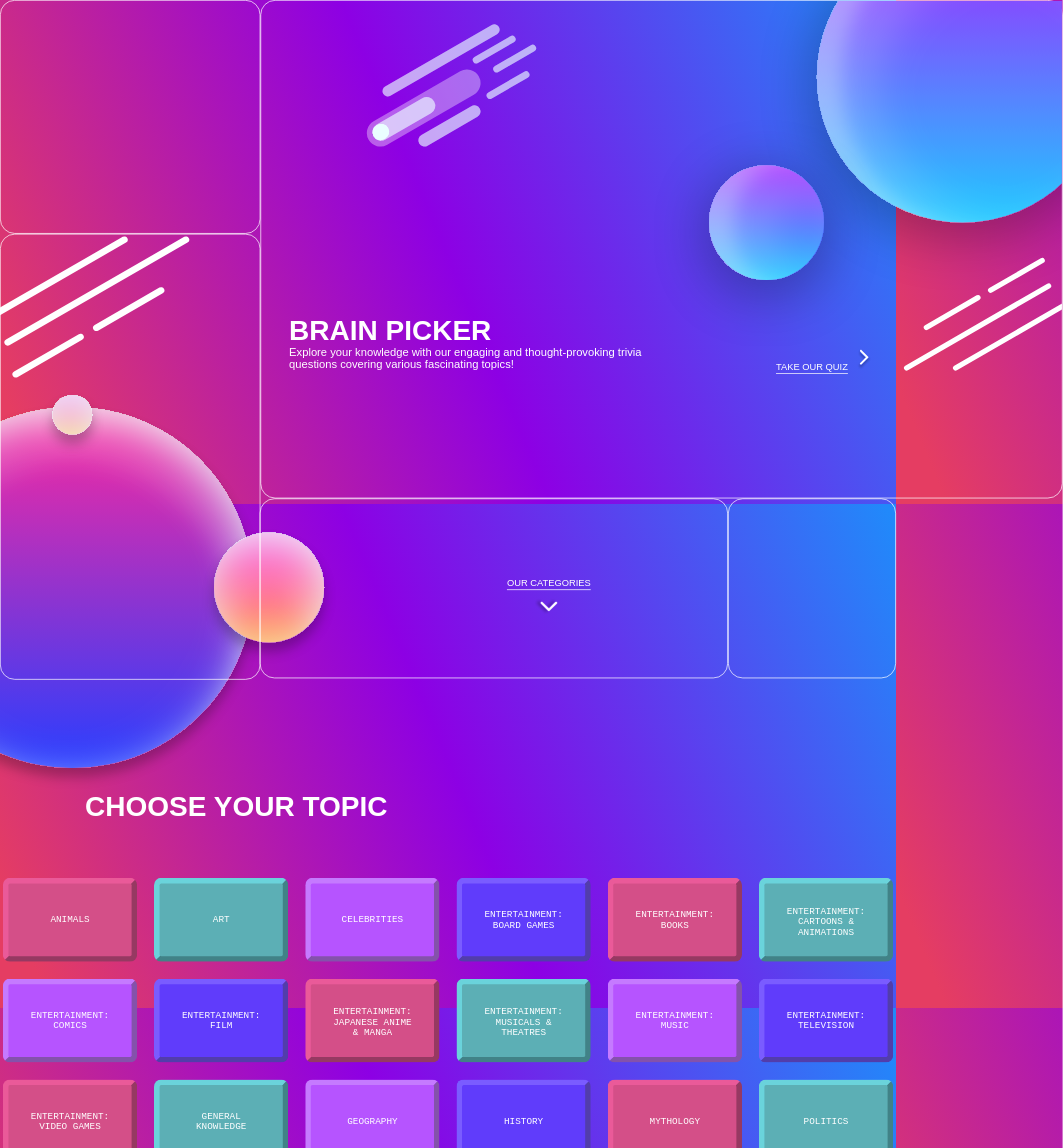
Repository: pjiang604/COMP-2170_Final-Project
Page: index.html
These files come from the project's save history. The page is drawn as it stood at one moment and after the next save; the edit follows.
The browser window is 1280 px wide. The page is 1518 px wide, so the pictures cover 1518 px, including what lies to the right of the window. The pictures show the part of the page from y = 0 to 1640 px (the page is 2800 px tall before and 2000 px after), at 70% of full size.
Backgrounds fixed to the window are drawn as part of the page.

Above is the page before, as saved 2023-04-30 13:36:04.

### index.html
<!DOCTYPE html>
<html lang="en">
  <head>
    <meta charset="UTF-8">
    <meta http-equiv="X-UA-Compatible" content="IE=edge">
    <meta name="viewport" content="width=device-width, initial-scale=1.0">
    <link rel="stylesheet" href="style.css">
    <title> Brain Picker </title>
    <script src="/easy.js"></script>
    <script src="/medium.js"></script>
    <script src="/hard.js"></script>
  </head>
  <body>
    <div class="container">
      <div class="graphic__left">
        <img class="bottom__left_sphere" src="/Assets/bg_graphics/bottom_left_sphere_group.svg" alt="">
        <img class="left__shooting_star" src="/Assets/bg_graphics/shooting_star_left.svg" alt="">
      </div>
      <div class="left__containers">
        <div class="left__container_top"></div>
        <div class="left__container_bottom"></div>
      </div>
      <div class="quiz__container">
        <div class="left__content">
          <h1> BRAIN PICKER </h1>
          <p> Explore your knowledge with our engaging and thought-provoking trivia questions covering various fascinating topics! </p>
        </div>
        <div class="right__content">
          <div class="graphics">
            <img class="shooting__star_top" src="/Assets/bg_graphics/shooting_star_alt.svg" alt="">
            <img class="top__right_sphere" src="/Assets/bg_graphics/top_right_sphere_group.svg" alt="">
            <img class="star__right" src="/Assets/bg_graphics/shooting_star_right.svg" alt="">
          </div>
          <div class="quiz__button">
            <a href="#">
              <button class="take__quiz_button"> TAKE OUR QUIZ </button>
              <img class="quiz__arrow" src="/Assets/buttons/arrow-head.svg" alt="">
            </a>
          </div>
        </div>
      </div>
    </div>
    <div class="bottom__containers">
      <div class="bottom__container_left">
        <a href="#">
          <button class="categories__button"> OUR CATEGORIES </button>
        </a>
        <img class="categories__arrow" src="/Assets/buttons/arrow-head.svg" alt="" width="30px">
      </div>
      <div class="bottom__container_right"></div>
    </div>

    <div class="categories__section">
      <h1 class="topics_header">CHOOSE YOUR TOPIC</h1>

      <div class="categories_container">
        <button class='topic_button1' id="animals">animals</button>
        <button class='topic_button2' id="art">art</button>
        <button class='topic_button3' id="celebrities">celebrities</button>
        <button class='topic_button4' id="board_games">entertainment: board games</button>
        <button class='topic_button1' id="books">entertainment: books</button>
        <button class='topic_button2' id="cartoons_animations">entertainment: cartoons & animations</button>
        <button class='topic_button3' id="comics">entertainment: comics</button>
        <button class='topic_button4' id="film">entertainment: film</button>
        <button class='topic_button1' id="japanese_anime">entertainment: japanese anime & manga</button>
        <button class='topic_button2' id="musicals_theatre">entertainment: musicals & theatres</button>
        <button class='topic_button3' id="music">entertainment: music</button>
        <button class='topic_button4' id="television">entertainment: television</button>
        <button class='topic_button1' id="video_games">entertainment: video games</button>
        <button class='topic_button2' id="general_knwoledge">general knowledge</button>
        <button class='topic_button3' id="geography">geography</button>
        <button class='topic_button4' id="history">history</button>
        <button class='topic_button1' id="mythology">mythology</button>
        <button class='topic_button2' id="politics">politics</button>
        <button class='topic_button3' id="science_nature">science & nature</button>
        <button class='topic_button4' id="computers">science: computers</button>
        <button class='topic_button1' id="gadgets">science: gadgets </button>
        <button class='topic_button2' id="mathematics">science: mathematics</button>
        <button class='topic_button3' id="sports">sports</button>
        <button class='topic_button4' id="vehicles">vehicles</button>
      </div>
      <div class="graphics_bottom">
        <img class="shooting__star_top" src="/Assets/bg_graphics/shooting_star_alt.svg" alt="">
        <img class="bottom_right_sphere" src="/Assets/bg_graphics/bottom_right_sphere_group.svg" alt="">
        <img class="star__right" src="/Assets/bg_graphics/shooting_star_right.svg" alt="">
      </div>
    </div>

  </body>
</html>

### style.css
:root {
	--primary-font: Arial, Helvetica, sans-serif;
	--secondary-font: 'Courier New', Courier, monospace;
	--font-weight-general: normal;
	--font-weight-light: 100;
	--font-weight-bold: bold;
	--font-size-body: 12pt;
	--font-size-heading: 30pt;
	--font-size-sub-heading: 22pt;

	--white: #fff;
	--black: #000000;
	--crimson: #d44f88;
	--crimson-2:#ea5a99;
	--teal:#5CAFB5;
	--teal-2:#6ad3db;
	--indigo:#603CFB;
	--indigo-2:#7a5cff;
	--purple: #B654FF;
	--purple-2:#c57aff;
}

h1 {
	font-size: var(--font-size-heading);
	font-weight: var(--font-weight-bold);
	font-family: var(--primary-font);
}

h2 {
	font-size: var(--font-size-sub-heading);
	font-weight: var(--font-weight-bold);
	font-family: var(--primary-font);
}

p {
	font-size: var(--font-size-body);
	font-weight: var(--font-weight-general);
	font-family: var(--primary-font);
}

* {
	margin: 0;
}

body {
	/* Linear gradient bg */
	background: linear-gradient(247.38deg, #2189FA 0.96%, #8D00E4 50.19%, #E53D62 95.42%);
	min-height: 2000px;
	background-attachment: fixed;
	background-position: center;
	background-repeat: no-repeat;
	background-size: cover;
	max-width: 100%;
}

/**Main container**/
.container {
	display: flex;
}

.bottom__left_sphere {
	position: absolute;
	width: 30rem;
	top: 35rem;
	z-index: -1;
}

.left__shooting_star {
	width: 17rem;
	position: absolute;
	top: 21rem;
}

/**Left containers**/
.left__container_top {
	box-sizing: border-box;
	display: flex;
	width: 372px;
	height: 334px;
	border: 0.25px solid #FFFFFF;
	border-radius: 21px;
}

.left__container_bottom {
	box-sizing: border-box;
	display: flex;
	width: 372px;
	height: 637px;
	border: 0.25px solid #FFFFFF;
	border-radius: 21px;
}

/**Bottom containers**/
.bottom__containers {
	display: flex;
	margin-top: -16.2rem;
	/* justify-content: end; */
	padding-left: 23.2rem;
}

.bottom__container_left {
	box-sizing: border-box;
	display: flex;
	width: 52.8rem;
	height: 257px;
	border: 0.25px solid #FFFFFF;
	border-radius: 21px;
}

.bottom__container_right {
	box-sizing: border-box;
	display: flex;
	width: 303px;
	height: 257px;
	border: 0.25px solid #FFFFFF;
	border-radius: 21px;
}

/**Quiz Section**/
.quiz__container {
	box-sizing: border-box;
	display: flex;
	width: 71.6rem;
	height: 44.5rem;
	border: 0.15px solid #FFFFFF;
	border-radius: 21px;
}

.shooting__star_top {
	position: absolute;
	right: 32rem;
	top: 2rem;
}

.top__right_sphere {
	display: flex;
	justify-content: end;
}

.star__right {
	display: flex;
	position: relative;
	float: right;
	bottom: 8rem;
}

.left__content {
	color: var(--white);
	width: 40rem;
	padding-left: 2.5rem;
	padding-top: 28rem;
}

.take__quiz_button {
	border: none;
	text-decoration: underline;
	text-underline-offset: 5px;
	color: var(--white);
	background: none;
	padding-left: 11rem;
	cursor: pointer;
}

.quiz__button>a {
	text-decoration: none;
}


.categories__button {
	border: none;
	text-decoration: underline;
	text-underline-offset: 5px;
	color: var(--white);
	background: none;
	padding-left: 22rem;
	padding-top: 7rem;
	cursor: pointer;
}

.categories__arrow {
	rotate: 90deg;
	margin-top: 2.5rem;
	position: absolute;
	left: 48rem;
	top: 50.5rem;
}

.bottom__container_left>a {
	text-decoration: none;
}


/** Topics Section **/
.categories__section{
	display: flex;
	flex-direction: column;
	align-items: left;
	justify-content: center;
	margin-top: 10rem;
}
.topics_header{
	color: var(--white);
	margin-left: 7.6rem;
}

.categories_container{
	font-family: var(--secondary-font);
	display: grid;
	grid-template-columns: 12rem 12rem 12rem 12rem 12rem 12rem;
	gap: 1.5rem;
	align-items: center;
	justify-content: center;
	padding-top: 5rem;
}

.topic_button1{
	font-family: var(--secondary-font);
	border-width: .5rem;
	height: 7.5rem;
    color: var(--white);
    border-radius: 0.656rem;
    background-color: var(--crimson);
    border-color: var(--crimson-2);
	padding: 2rem;
	text-transform: uppercase;

}

.topic_button2{
	font-family: var(--secondary-font);
	background-color: var(--teal);
	height: 7.5rem;
	color: var(--white);
	border-radius: 0.656rem;
	border-color: var(--teal-2);
	border-width: .5rem;
	text-transform: uppercase;
	padding: 2rem;
}
.topic_button3{
	font-family: var(--secondary-font);
	background-color:var(--purple);
	height: 7.5rem;
	color: var(--white);
	border-radius: 0.656rem;
	border-color:var(--purple-2);
	border-width: .5rem;
	text-transform: uppercase;
	padding: 2rem;
}
.topic_button4{
	font-family: var(--secondary-font);
	background-color:var(--indigo);
	height: 7.5rem;
	color: var(--white);
	border-radius: 0.656rem;
	border-color: var(--indigo-2);
	border-width: .5rem;
	text-transform: uppercase;
	padding: 2rem;
}

Loaded but not shown: easy.js (no stored copy; drawn as an empty file); medium.js (no stored copy; drawn as an empty file); hard.js (no stored copy; drawn as an empty file)

After the next save:
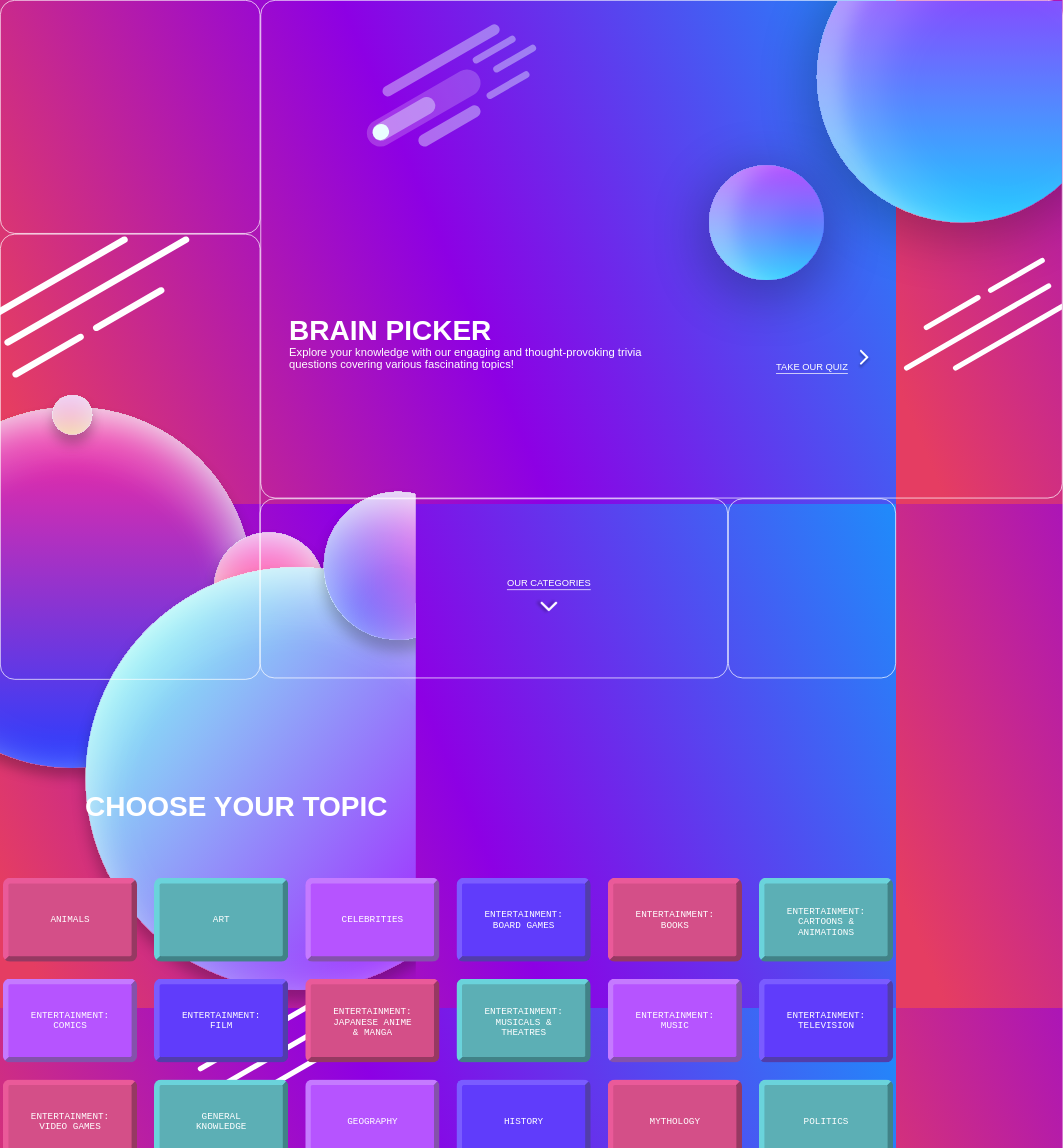
Saved 82 s later.
--- a/style.css
+++ b/style.css
@@ -259,3 +259,10 @@ body {
 	text-transform: uppercase;
 	padding: 2rem;
 }
+
+.graphics_bottom{
+	position: absolute;
+	width: 30rem;
+	top: 35rem;
+	z-index: -1;
+}
